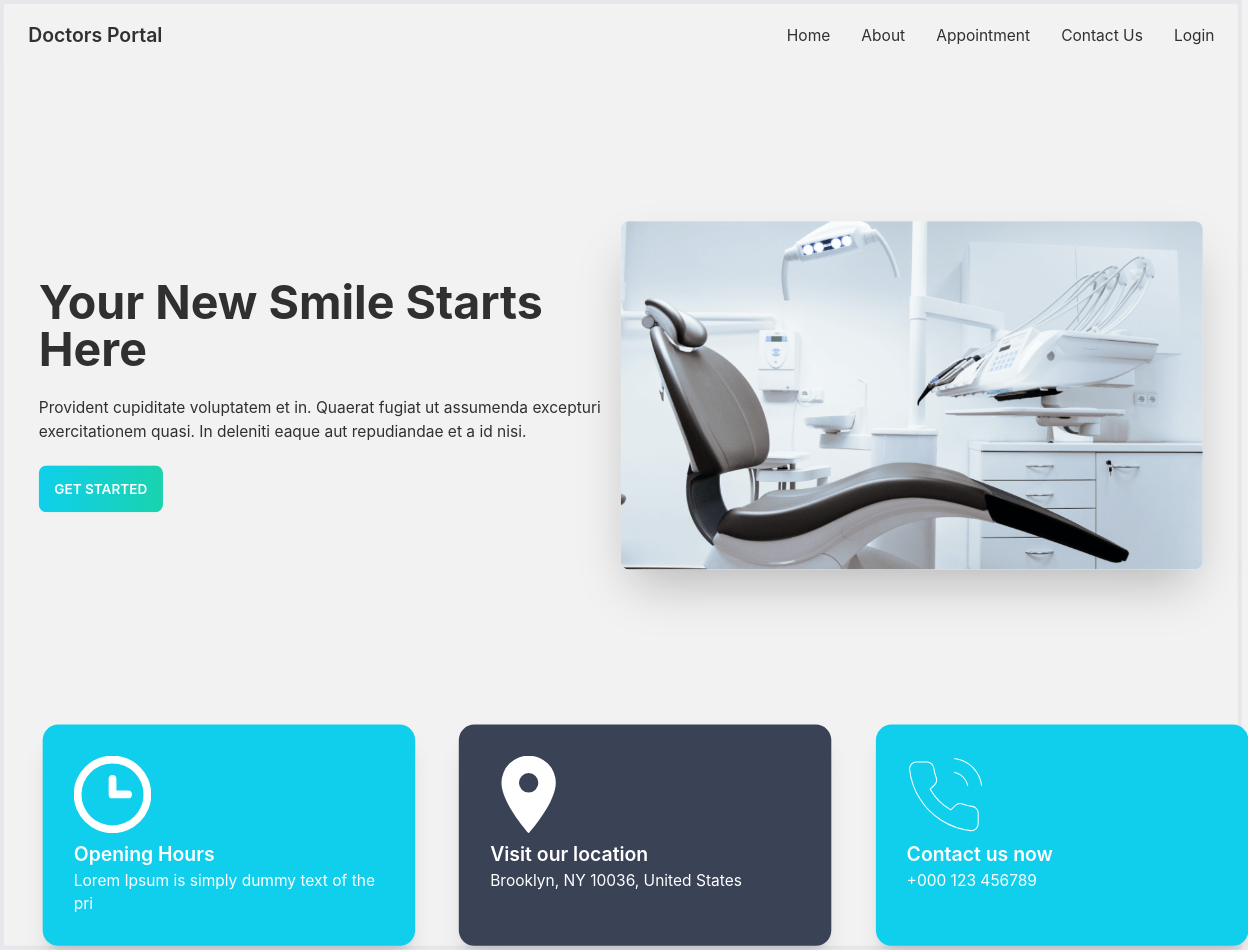
Repository: Samad77/Doctorportal-Client
Page: /
These files come from the project's save history. The page is drawn as it stood at one moment and after the next save; the edit follows.
The browser window is 1280 px wide. The page is 1287 px wide, so the pictures cover 1287 px, including what lies to the right of the window. The pictures show the whole page, at 97% of full size.
The project was rebuilt for these pictures with package versions that can differ from the ones it lists, and the page was loaded fresh each time. Also part of the build but not shown: src/Pages/Login/Login.js.

Above is the page before, as saved 2022-11-12 11:16:40.

After the next save:
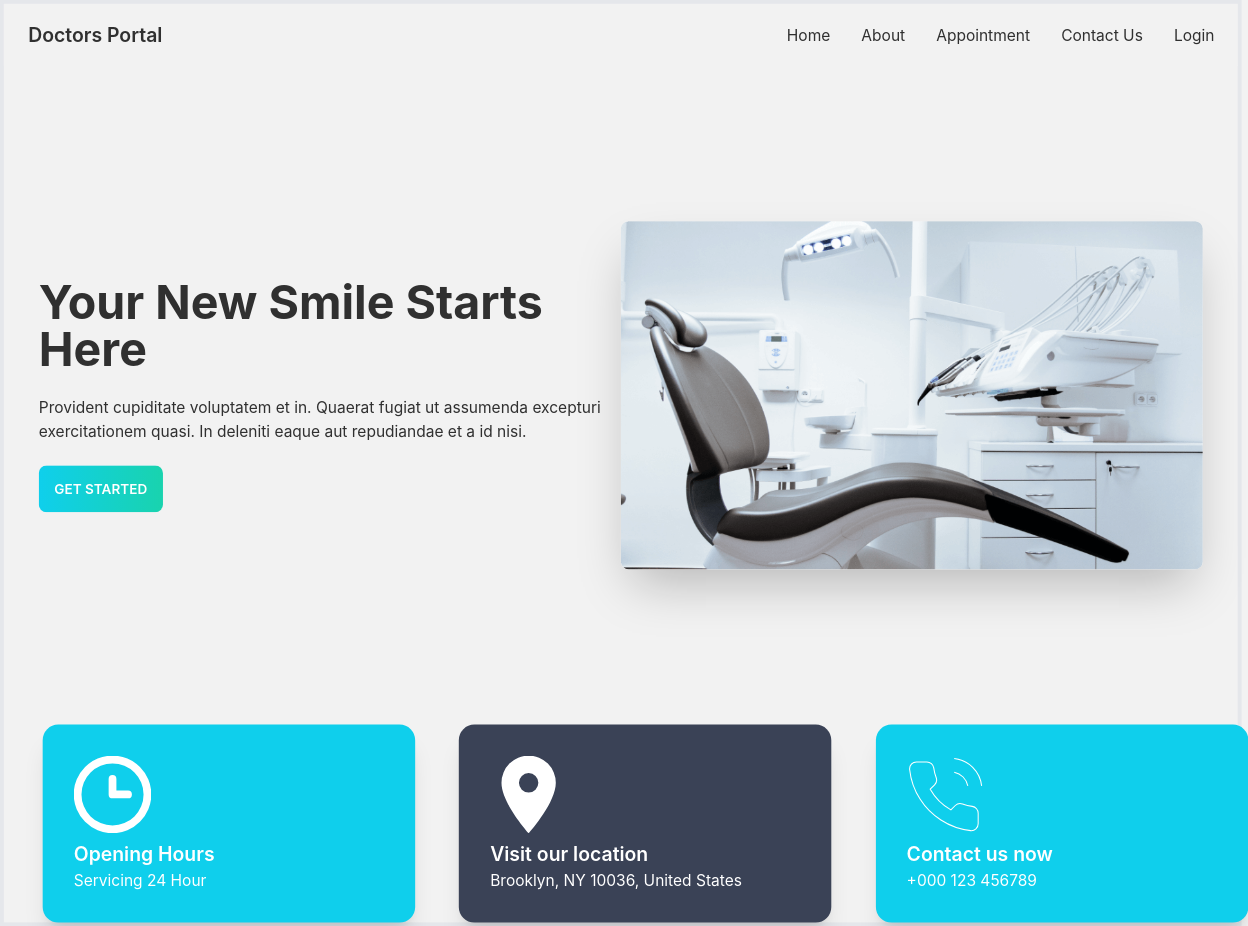
Saved 31 s later.
--- a/src/Pages/Home/Cards/Cards.js
+++ b/src/Pages/Home/Cards/Cards.js
@@ -14,7 +14,7 @@ const Cards = () => {
                     </div>
                     <div className='text-left'>
                         <h2 className="card-title">Opening Hours</h2>
-                        <p>Lorem Ipsum is simply dummy text of the pri</p>
+                        <p>Servicing 24 Hour</p>
                     </div>
 
                 </div>
